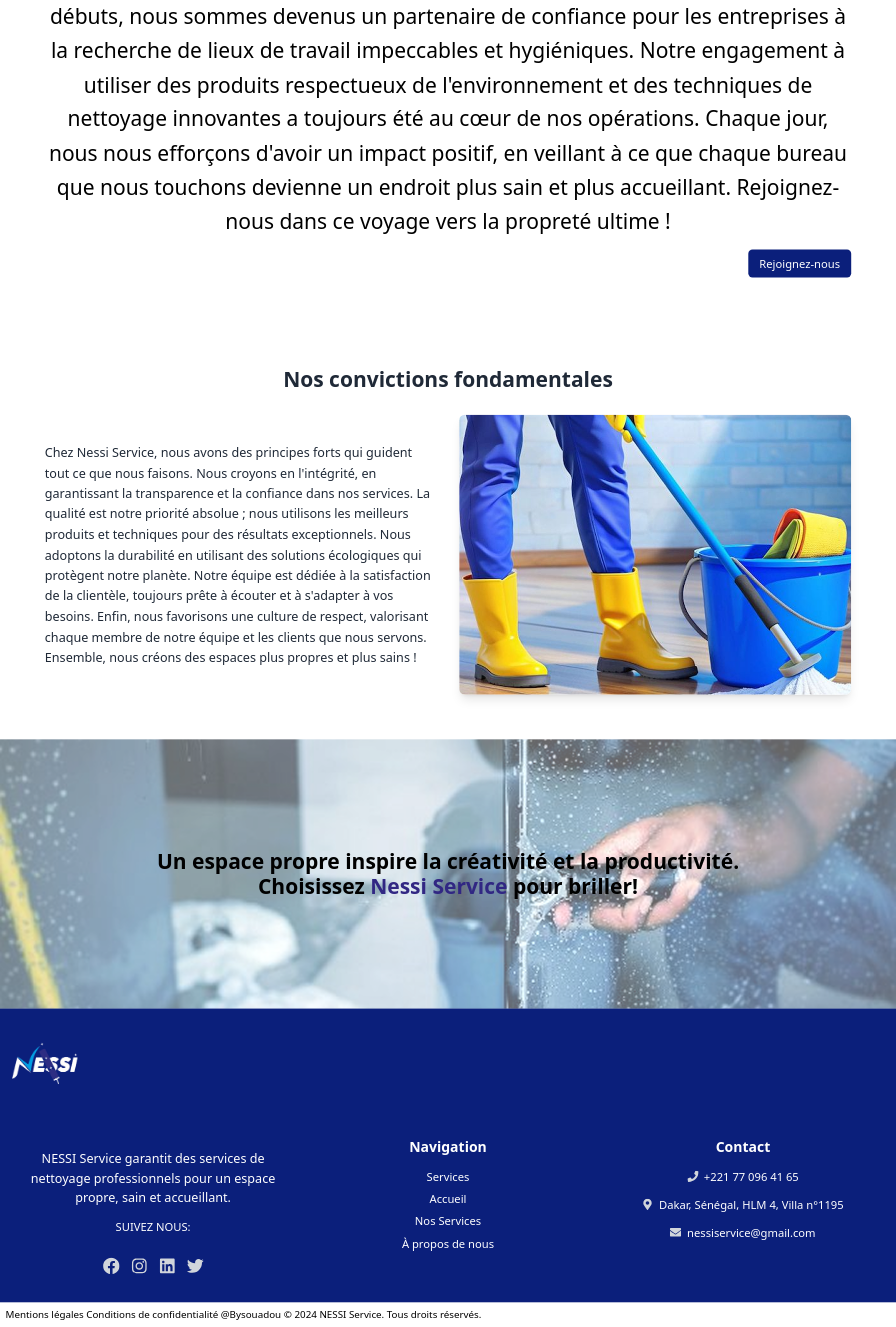
Repository: MDiouf9/Nessi
Page: /About
These files come from the project's save history. The page is drawn as it stood at one moment and after a run of saves; the edit follows.
The browser window is 1280 px wide. The pictures show the part of the page from y = 1749 to 3669 px (the page is 3645 px tall before and 3669 px after), at 70% of full size.
The project was rebuilt for these pictures with package versions that can differ from the ones it lists, and the page was loaded fresh each time. Also part of the build but not shown: vite.config.js, src/Global.css, src/App.css, src/Pages/Home.jsx, src/Pages/NotFound.jsx, src/components/Countries.jsx, src/Pages/Services.jsx, src/Pages/Contact.jsx.

Above is the page before, as saved 2025-03-10 18:50:40.

After the next 2 saves:
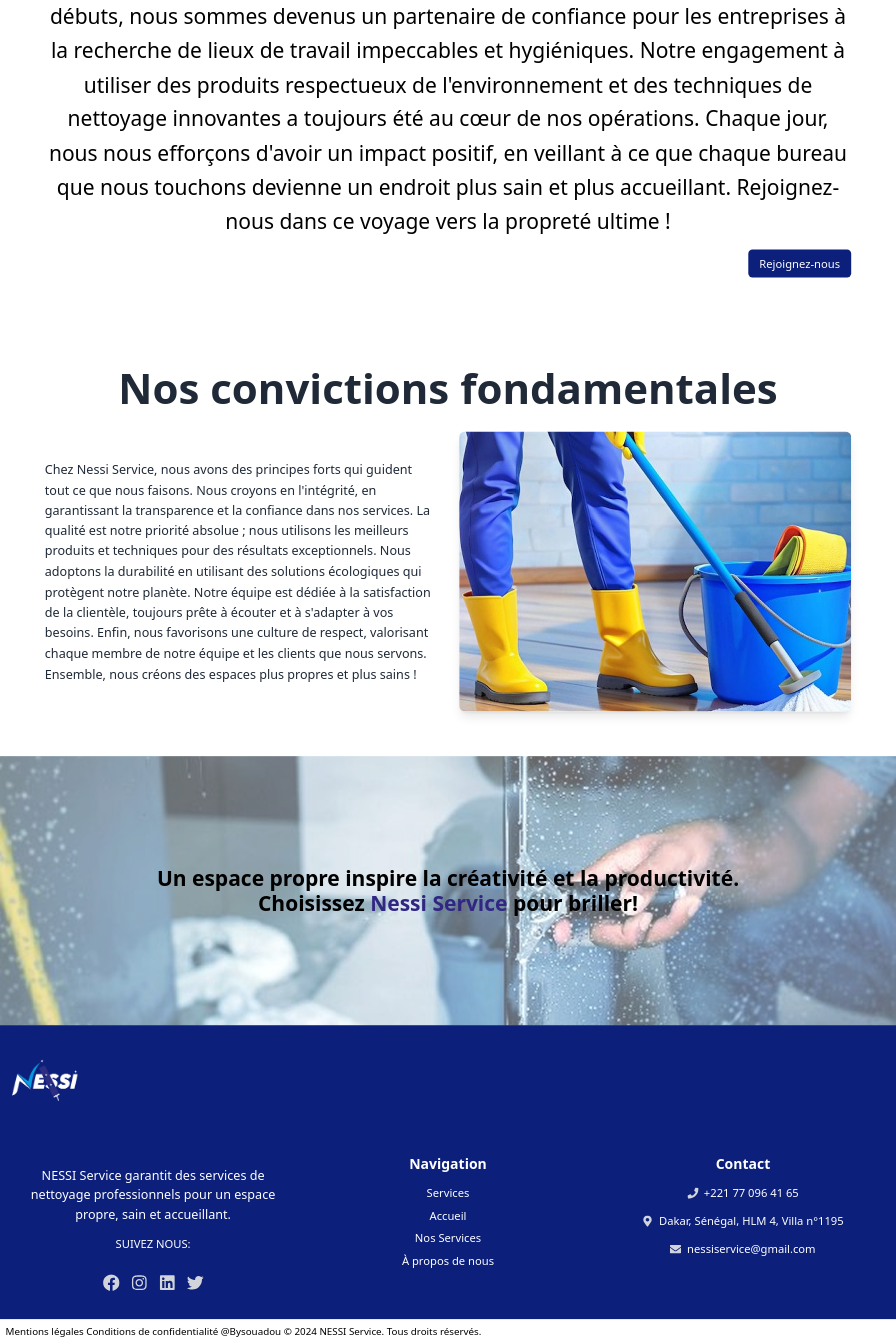
The 2 saves are shown as one change because they came seconds apart.
The last was saved 97 s later.
--- a/src/components/SectionTitle.jsx
+++ b/src/components/SectionTitle.jsx
@@ -2,7 +2,7 @@ const SectionWithTitle = ({ imageSrc, altText, title, content }) => {
     return (
       <section className="bg-white py-16 px-6 md:px-16">
         <div className="container mx-auto text-center mb-8">
-          <h2 className="text-3xl font-bold text-gray-800">{title}</h2>
+          <h2 className="text-6xl font-bold text-gray-800">{title}</h2>
         </div>
 
         <div className="container mx-auto flex flex-col md:flex-row items-center gap-8">
